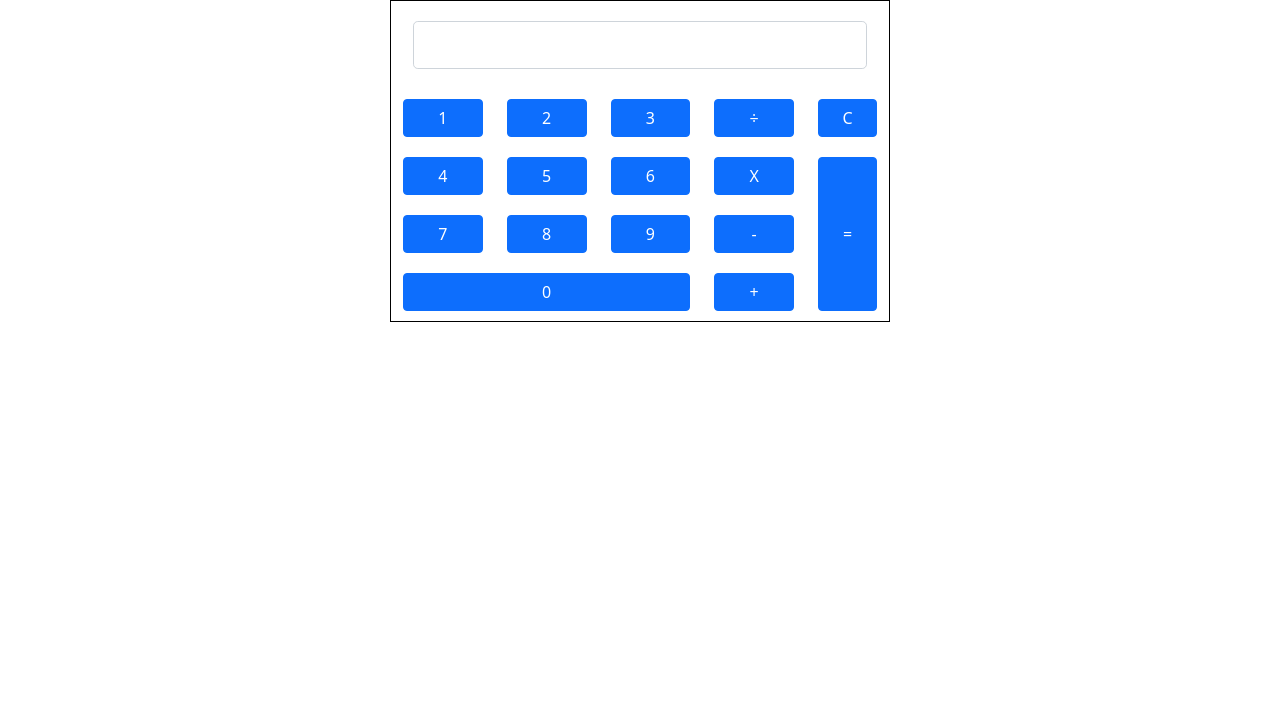
Repository: jsakdalan/CalculatorReactTypescript
Page: /
These files come from the project's save history. The page is drawn as it stood at one moment and after the next save; the edit follows.
The browser window is 1280 px wide. The pictures show the whole page.
The project was rebuilt for these pictures with package versions that can differ from the ones it lists, and the page was loaded fresh each time. Also part of the build but not shown: src/App.css.

Above is the page before, as saved 2022-06-07 16:43:05.

After the next save:
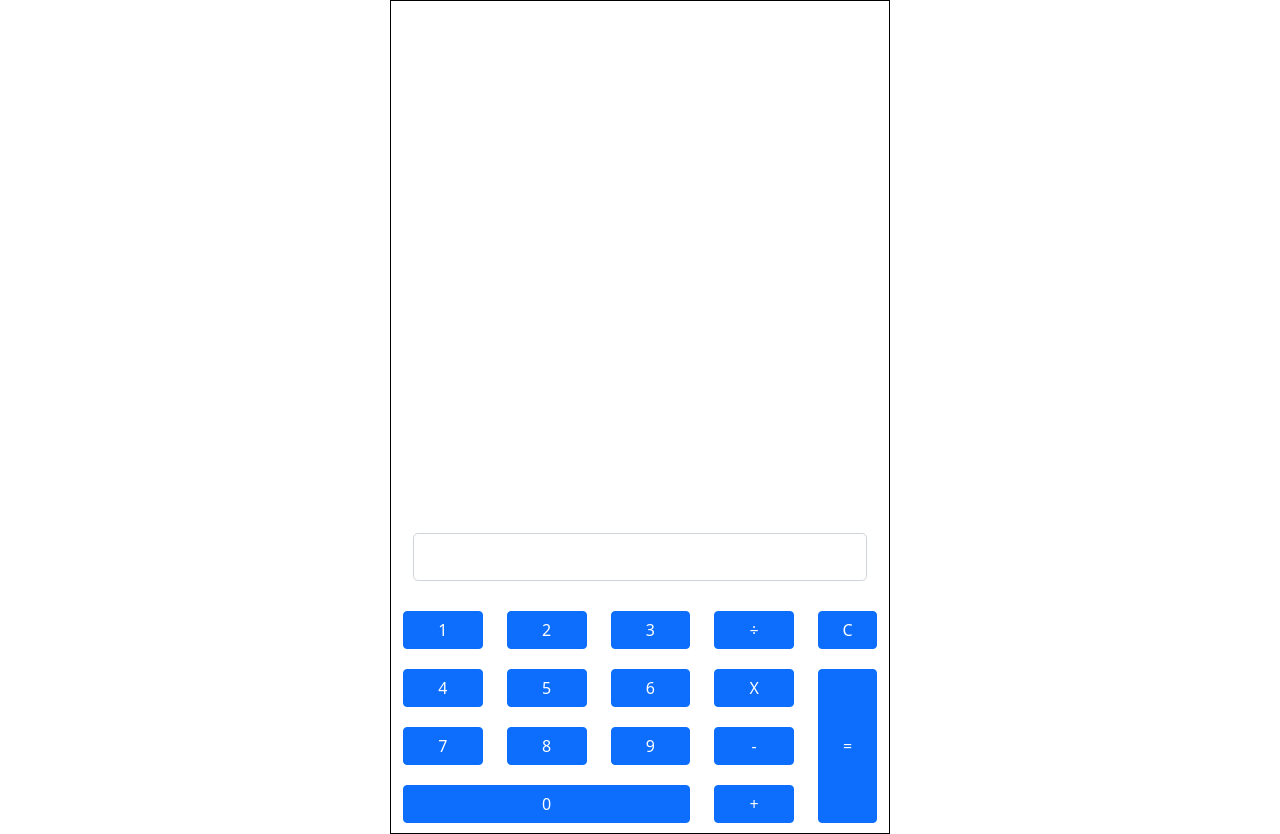
Saved 29 s later.
--- a/src/pages/Calculator.css
+++ b/src/pages/Calculator.css
@@ -1,4 +1,5 @@
 .container{
+    padding-top:40%;
     max-width: 500px!important;
     width: 400px;
     display: flex;
